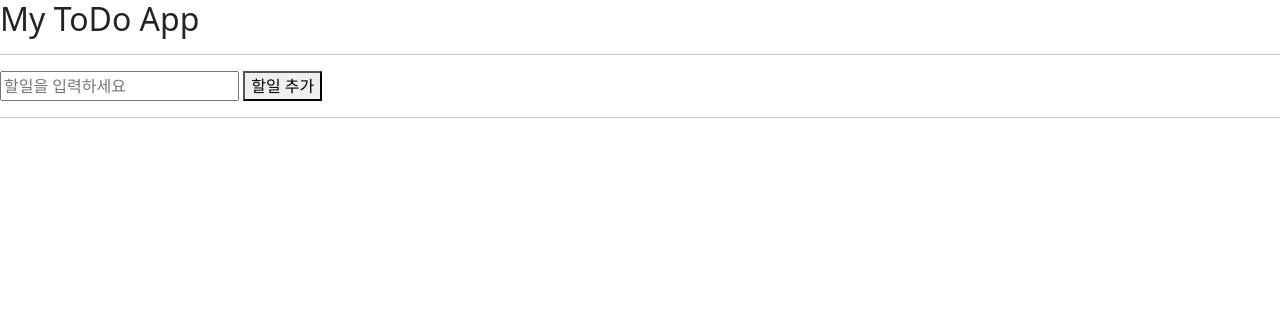
Repository: gold9387/jwbook
Page: jwbook/src/main/webapp/ch03/todoapp.html
These files come from the project's save history. The page is drawn as it stood at one moment and after the next save; the edit follows.
The browser window is 1280 px wide. The pictures show the whole page.

Above is the page before, as saved 2023-06-05 11:49:41.

### jwbook/src/main/webapp/ch03/todoapp.html
<!DOCTYPE html>
<html>
<head>
<meta charset="UTF-8">
<title>실습 3-2</title>
<link
	href="https://cdn.jsdelivr.net/npm/bootstrap@5.3.0/dist/css/bootstrap.min.css"
	rel="stylesheet"
	integrity="sha384-9ndCyUaIbzAi2FUVXJi0CjmCapSmO7SnpJef0486qhLnuZ2cdeRhO02iuK6FUUVM"
	crossorigin="anonymous">
</head>
<body>
	<div>
		<h2>My ToDo App</h2>
		<hr />
		<div>
			<input id="item" type="text" placeholder="할일을 입력하세요" />
			<button type="button" onClick="addItem()">할일 추가</button>
		</div>
		<hr />
		<ul id="todolist"></ul>
	</div>
</body>
</html>

After the next save:
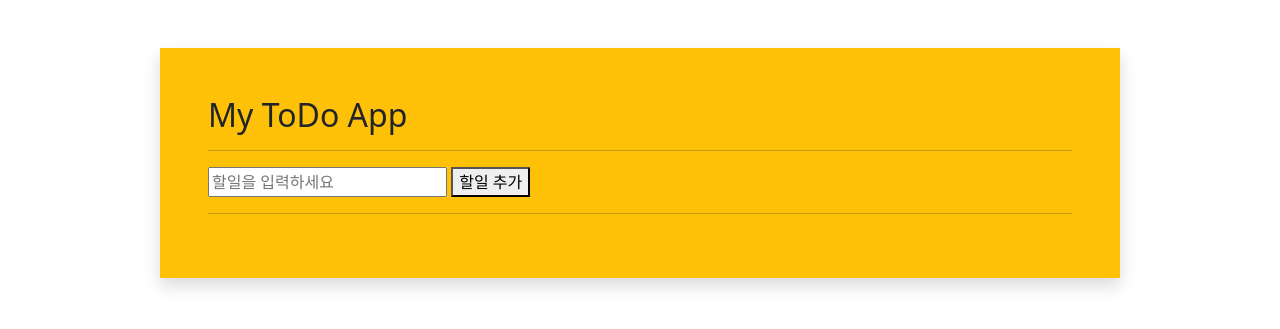
Saved 54 s later.
--- a/jwbook/src/main/webapp/ch03/todoapp.html
+++ b/jwbook/src/main/webapp/ch03/todoapp.html
@@ -10,7 +10,7 @@
 	crossorigin="anonymous">
 </head>
 <body>
-	<div>
+	<div class="container bg-warning shadow mx-auto mt-5 p-5 w-75">
 		<h2>My ToDo App</h2>
 		<hr />
 		<div>
